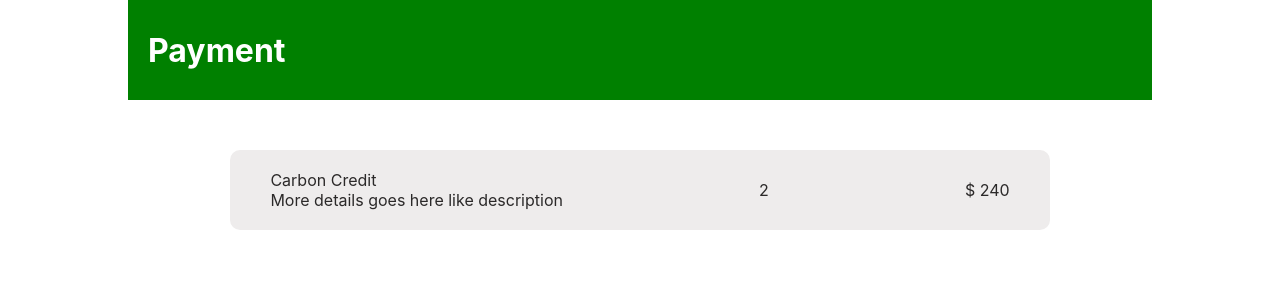
Repository: Yowani24/CarbonApp
Page: /payment
The author's editor kept a copy of each file at every save. The page is drawn from the files as they stood at one save, then again after the next save.
The browser window is 1280 px wide. The pictures show the whole page.
The project was rebuilt for these pictures with package versions that can differ from the ones it lists, and the page was loaded fresh each time. The framework's server and built-in components were replaced by stand-ins that run in the browser. Also part of the build but not shown: next.config.js, pages/cart/Cart.module.css, pages/cart/index.js.

Above is the page before, as saved 2021-09-26 23:58:12.

### pages/_app.js
import '../styles/globals.css'
import Cart from './cart';

function MyApp({ Component, pageProps }) {
  return (
    <>
      <Component {...pageProps} />
    </>
  );
}

export default MyApp

### pages/payment/index.js
import React from 'react';
import Head from 'next/head'
import styles from './Payment.module.css'


export default function Payment(props) {
    return (
       <>
        <Head>
            <title>Payment</title>
        </Head>

        <header className={styles.header}>
            <div className={styles.interface}>
                <div className={styles.header_content}>
                    <h1>Payment</h1>
                </div>
            </div>
        </header>

        <div className={styles.content}>
            <div className={styles.interface}>
                <div className={styles.list_content}>
                    <span>
                        <p>Carbon Credit <br/> More details goes here like description</p>
                        <p>2</p>
                        <p>$ 240</p>
                    </span>
                </div>
            </div>
        </div>
       </>
    );
}

### styles/globals.css
html,
body {
  padding: 0;
  margin: 0;
  font-family: -apple-system, BlinkMacSystemFont, Segoe UI, Roboto, Oxygen,
    Ubuntu, Cantarell, Fira Sans, Droid Sans, Helvetica Neue, sans-serif;
}

a {
  color: inherit;
  text-decoration: none;
}

* {
  margin: 0;
  box-sizing: border-box;
}

### pages/payment/Payment.module.css
.interface{
    width: 80%;
    margin: 0 auto;
}
.header_content{
    background: green;
    height: 100px;
    display: flex;
    align-items: center;
    padding: 0 20px;
    color: #FFFFFF;
}

.list_content{
    width: 80%;
    margin: 0 auto;
    margin-top: 50px;
    border-radius: 10px;
    padding: 20px 40px;
    background: rgb(238, 236, 236);
}
.list_content span{
    display: flex;
    justify-content: space-between;
    align-items: center;
    color: rgb(43, 41, 41);
}

Loaded but not shown: pages/api/hello.js (common file)

After the next save:
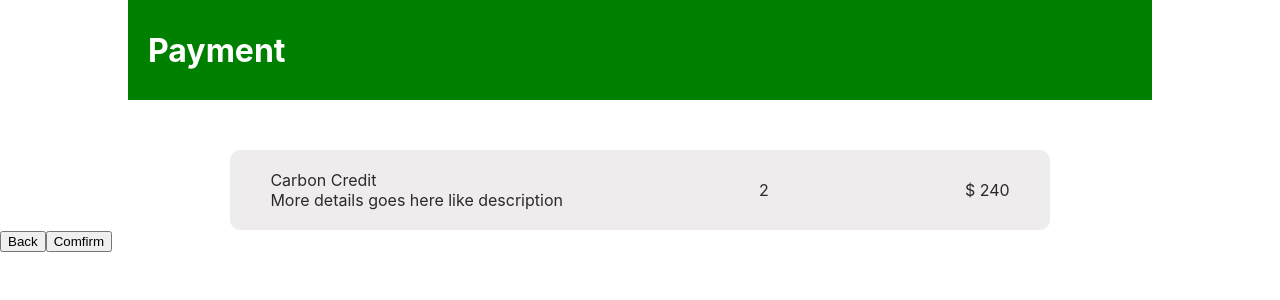
Saved 2 min 11 s later.
--- a/pages/payment/index.js
+++ b/pages/payment/index.js
@@ -29,6 +29,11 @@ export default function Payment(props) {
                 </div>
             </div>
         </div>
+
+        <div className={styles.button_box}>
+            <button>Back</button>
+            <button>Comfirm</button>
+        </div>
        </>
     );
 }
